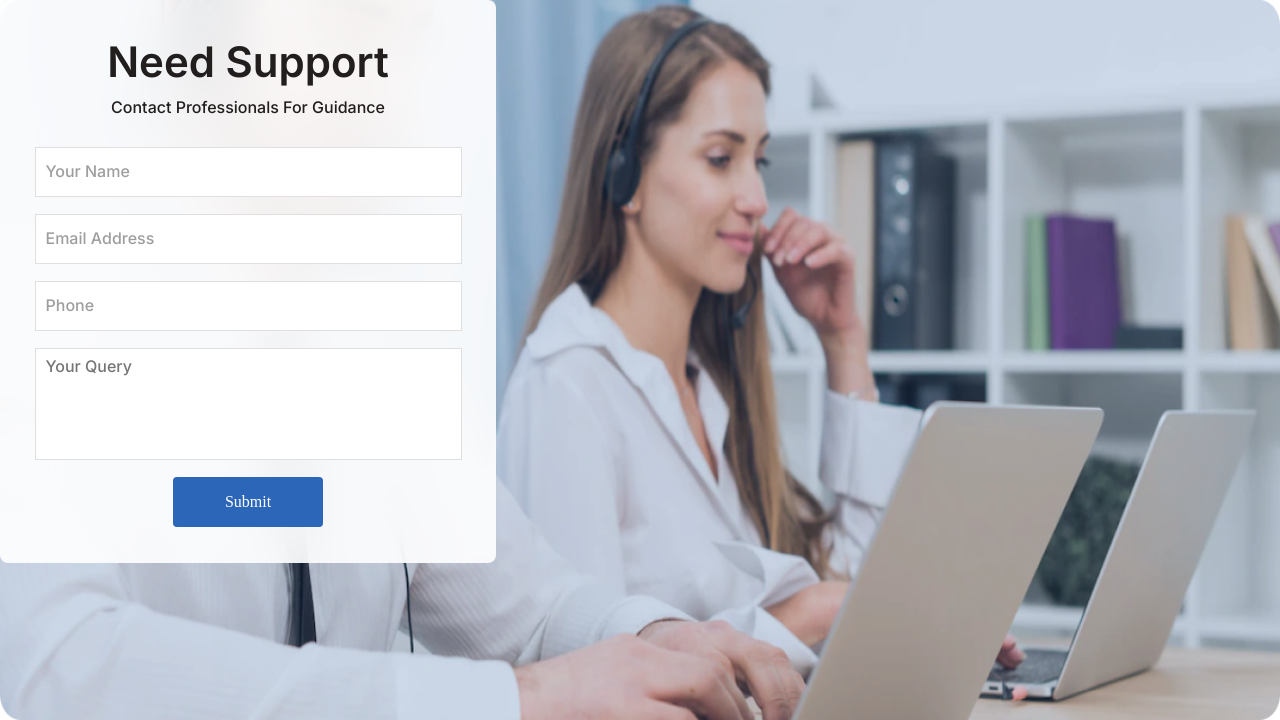
Repository: FaridRustamov09/Final-Task
Page: Pages/supportPage/index.html
These files come from the project's save history. The page is drawn as it stood at one moment and after a run of saves; the edit follows.
The browser window is 1280 px wide. The pictures show the whole page.
The style sheet was rebuilt from its Sass, Less or Tailwind sources for each picture, by a compiler version that may differ from the author's.

Above is the page before, as saved 2024-07-14 20:46:38.

### Pages/supportPage/index.html
<!DOCTYPE html>
<html lang="en">
  <head>
    <meta charset="UTF-8" />
    <meta name="viewport" content="width=device-width, initial-scale=1.0" />
    <title>Document</title>
    <link rel="stylesheet" href="index.css" />
  </head>
  <body>
    <div class="container5">

        <form action="">
          <b>Need Support</b>
          <p>Contact professionals for guidance</p>
          <input placeholder="Your Name" type="text" />
          <input placeholder="Email Address" type="email" />
          <input placeholder="Phone" type="number" />
          <textarea placeholder="Your Query" name="" id=""></textarea>
          <button type="submit">Submit</button>
        </form>

    </div>
  </body>
</html>

### Pages/supportPage/index.scss
@import url("https://fonts.googleapis.com/css2?family=Inter:wght@100..900&display=swap");
* {
  margin: 0;
  padding: 0;
  box-sizing: border-box;
}
.container5 {
  width: 100%;
  padding-right: 45px;
  background-image: url(../../images/Rectangle\ 39.png);
  background-repeat: no-repeat;
  background-size: 100% 100%;
  min-height: 100vh;
    form {
      width: 496px;
      height: 563px;
      border-radius: 8px;
      background: rgba(255, 255, 255, 0.9);
      backdrop-filter: blur(25px);
      display: flex;
      flex-direction: column;
      align-items: center;
      justify-content: center;
      b {
        color: var(--black, #221e1e);
        font-family: Inter;
        font-size: 42px;
        font-style: normal;
        font-weight: 600;
        line-height: normal;
        margin-bottom: 10px;
      }
      p {
        color: var(--black, #221e1e);
        text-align: center;
        font-family: Inter;
        font-size: 16px;
        font-style: normal;
        font-weight: 500;
        line-height: normal;
        text-transform: capitalize;
        margin-bottom: 30px;
      }
      input {
        width: 427px;
        height: 50px;
        border: 1px solid #dfdfdf;
        padding: 7px 10px;
        outline: none;
        margin-bottom: 17px;
        &::placeholder {
          color: #9f9d9d;
          font-family: Inter;
          font-size: 16px;
          font-style: normal;
          font-weight: 500;
          line-height: normal;
          text-transform: capitalize;
        }
      }
      textarea {
        width: 427px;
        height: 112px;
        border: 1px solid #dfdfdf;
        resize: none;
        outline: none;
        padding: 7px 10px;
        margin-bottom: 17px;
        color: #9f9d9d;
        font-family: Inter;
        font-size: 16px;
        font-style: normal;
        font-weight: 500;
        line-height: normal;
        text-transform: capitalize;
      }
      button {
        width: 150px;
        height: 50px;
        background-color: #2c66b8;
        border: none;
        border-radius: 4px;
        color: #fff;
        font-family: Poppins;
        font-size: 16px;
        font-style: normal;
        font-weight: 500;
        line-height: normal;
        text-transform: capitalize;
      }
    }

}

After the next 3 saves:
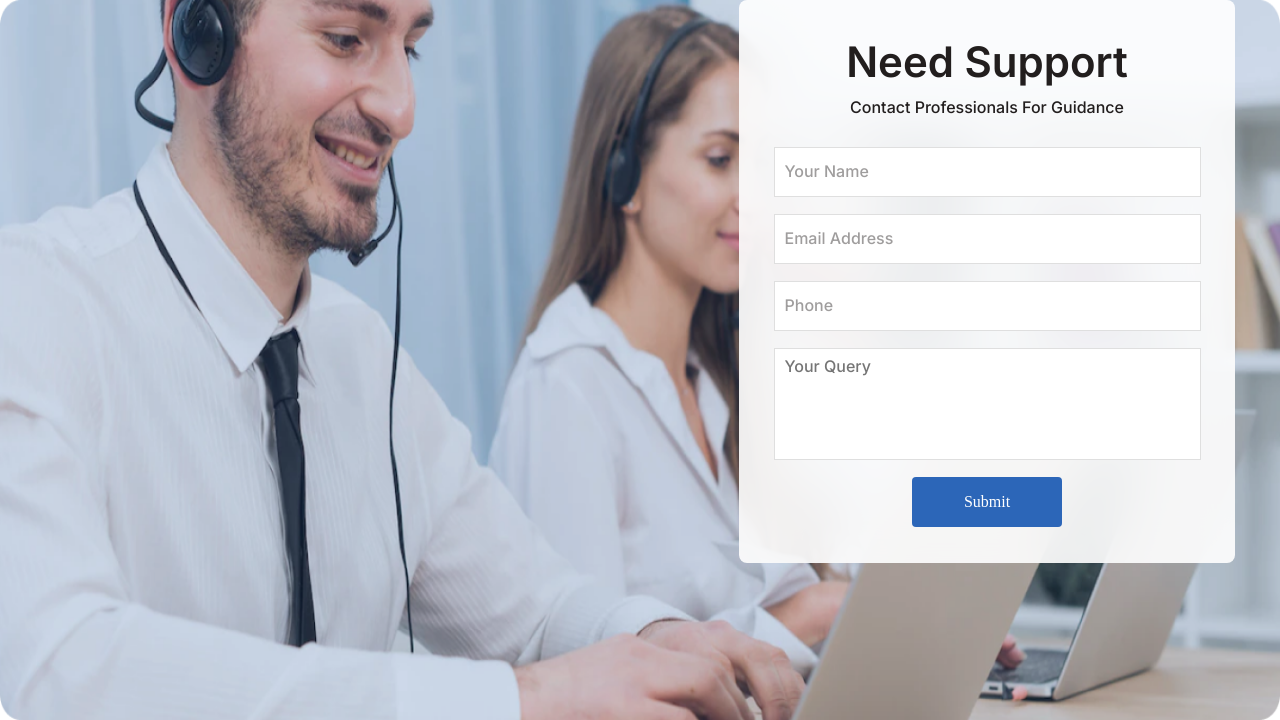
The 3 saves are shown as one change because they came seconds apart.
The last was saved 17 s later.
--- a/Pages/supportPage/index.scss
+++ b/Pages/supportPage/index.scss
@@ -12,6 +12,7 @@
   background-size: 100% 100%;
   min-height: 100vh;
     form {
+      margin-left: auto;
       width: 496px;
       height: 563px;
       border-radius: 8px;
